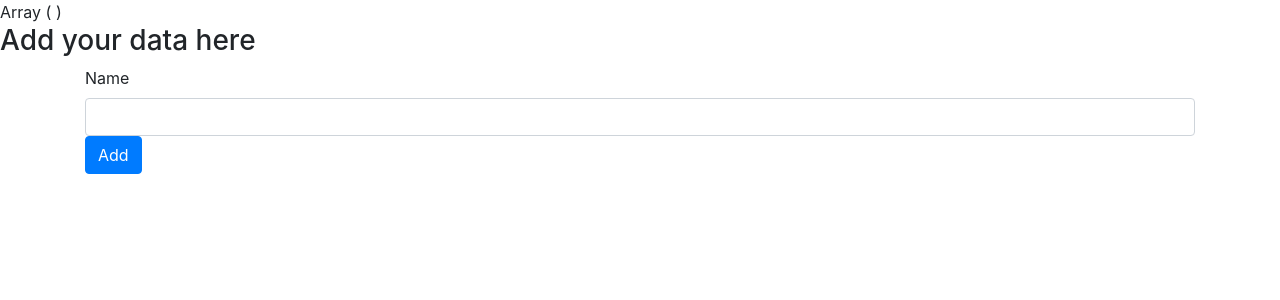
Repository: Aleksus81/Task1
Page: http://localhost/ada.php
The author's editor kept a record of every edit. The page is drawn from the files as they stood at one moment, then again after the next edit.
The browser window is 1280 px wide. The pictures show the whole page.
The page is run by PHP 8.4 with error messages shown; the project is at /var/www/html/.

Above is the page before.

After the next edit:
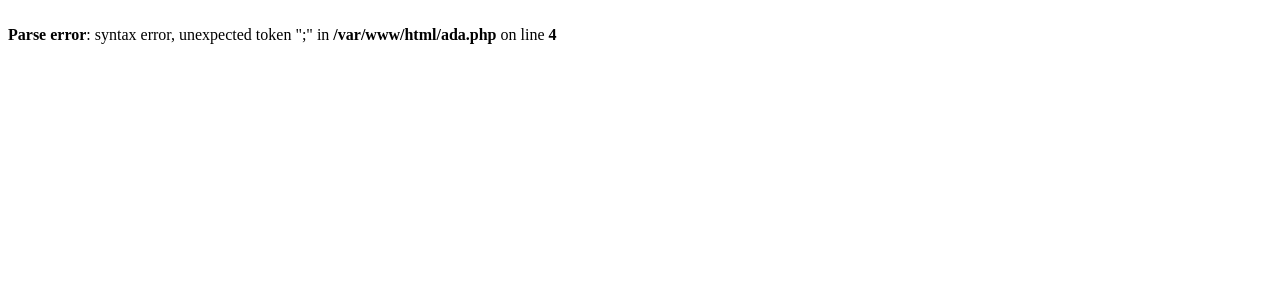
The edit:
--- a/ada.php
+++ b/ada.php
@@ -1,9 +1,10 @@
 <?php
 
 if (!empty($_POST)) {
+  $name = isset($_POST['name']) ? trim($_POST['name']) ? '';
 
+  // INSERT INTO authors SET name = '$name'
 }
-print_r ($_POST);
 
 ?>
 
